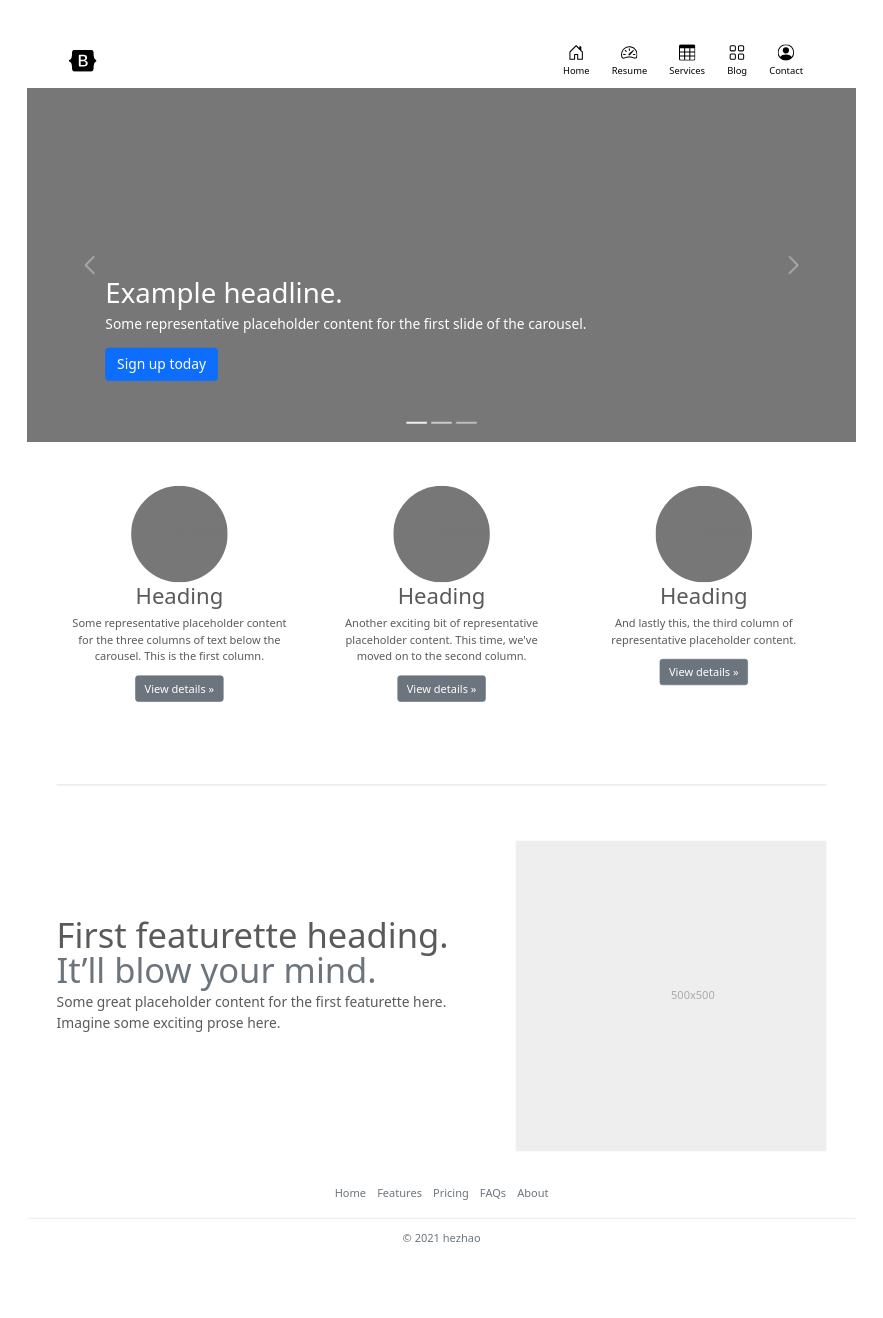
Repository: HeZhao-hugh/personal-web
Page: index.html
An editor plug-in stored every save of this project. The page is shown before and after the next save, followed by the edit.
The browser window is 1280 px wide. The pictures show the whole page, at 69% of full size.

Above is the page before, as saved 2022-01-19 18:19:15.

### index.html
<!DOCTYPE html>
<html lang="en">

<head>
    <meta charset="UTF-8">
    <meta http-equiv="X-UA-Compatible" content="IE=edge">
    <meta name="viewport" content="width=device-width, initial-scale=1.0">
    <link href="https://cdn.jsdelivr.net/npm/bootstrap@5.1.3/dist/css/bootstrap.min.css" rel="stylesheet"
        integrity="sha384-1BmE4kWBq78iYhFldvKuhfTAU6auU8tT94WrHftjDbrCEXSU1oBoqyl2QvZ6jIW3" crossorigin="anonymous">
    <script src="https://cdn.jsdelivr.net/npm/bootstrap@5.1.3/dist/js/bootstrap.bundle.min.js"
        integrity="sha384-ka7Sk0Gln4gmtz2MlQnikT1wXgYsOg+OMhuP+IlRH9sENBO0LRn5q+8nbTov4+1p" crossorigin="anonymous">
    </script>

    <!-- Custom styles for this template -->
    <link href="style.css" rel="stylesheet">
    <title>Document</title>
</head>

<body>
    <svg xmlns="http://www.w3.org/2000/svg" style="display: none;">
        <symbol id="bootstrap" viewBox="0 0 118 94">
            <title>Bootstrap</title>
            <path fill-rule="evenodd" clip-rule="evenodd"
                d="M24.509 0c-6.733 0-11.715 5.893-11.492 12.284.214 6.14-.064 14.092-2.066 20.577C8.943 39.365 5.547 43.485 0 44.014v5.972c5.547.529 8.943 4.649 10.951 11.153 2.002 6.485 2.28 14.437 2.066 20.577C12.794 88.106 17.776 94 24.51 94H93.5c6.733 0 11.714-5.893 11.491-12.284-.214-6.14.064-14.092 2.066-20.577 2.009-6.504 5.396-10.624 10.943-11.153v-5.972c-5.547-.529-8.934-4.649-10.943-11.153-2.002-6.484-2.28-14.437-2.066-20.577C105.214 5.894 100.233 0 93.5 0H24.508zM80 57.863C80 66.663 73.436 72 62.543 72H44a2 2 0 01-2-2V24a2 2 0 012-2h18.437c9.083 0 15.044 4.92 15.044 12.474 0 5.302-4.01 10.049-9.119 10.88v.277C75.317 46.394 80 51.21 80 57.863zM60.521 28.34H49.948v14.934h8.905c6.884 0 10.68-2.772 10.68-7.727 0-4.643-3.264-7.207-9.012-7.207zM49.948 49.2v16.458H60.91c7.167 0 10.964-2.876 10.964-8.281 0-5.406-3.903-8.178-11.425-8.178H49.948z">
            </path>
        </symbol>
        <symbol id="Home" viewBox="0 0 16 16">
            <path
                d="M8.354 1.146a.5.5 0 0 0-.708 0l-6 6A.5.5 0 0 0 1.5 7.5v7a.5.5 0 0 0 .5.5h4.5a.5.5 0 0 0 .5-.5v-4h2v4a.5.5 0 0 0 .5.5H14a.5.5 0 0 0 .5-.5v-7a.5.5 0 0 0-.146-.354L13 5.793V2.5a.5.5 0 0 0-.5-.5h-1a.5.5 0 0 0-.5.5v1.293L8.354 1.146zM2.5 14V7.707l5.5-5.5 5.5 5.5V14H10v-4a.5.5 0 0 0-.5-.5h-3a.5.5 0 0 0-.5.5v4H2.5z" />
        </symbol>
        <symbol id="Resume" viewBox="0 0 16 16">
            <path
                d="M8 4a.5.5 0 0 1 .5.5V6a.5.5 0 0 1-1 0V4.5A.5.5 0 0 1 8 4zM3.732 5.732a.5.5 0 0 1 .707 0l.915.914a.5.5 0 1 1-.708.708l-.914-.915a.5.5 0 0 1 0-.707zM2 10a.5.5 0 0 1 .5-.5h1.586a.5.5 0 0 1 0 1H2.5A.5.5 0 0 1 2 10zm9.5 0a.5.5 0 0 1 .5-.5h1.5a.5.5 0 0 1 0 1H12a.5.5 0 0 1-.5-.5zm.754-4.246a.389.389 0 0 0-.527-.02L7.547 9.31a.91.91 0 1 0 1.302 1.258l3.434-4.297a.389.389 0 0 0-.029-.518z" />
            <path fill-rule="evenodd"
                d="M0 10a8 8 0 1 1 15.547 2.661c-.442 1.253-1.845 1.602-2.932 1.25C11.309 13.488 9.475 13 8 13c-1.474 0-3.31.488-4.615.911-1.087.352-2.49.003-2.932-1.25A7.988 7.988 0 0 1 0 10zm8-7a7 7 0 0 0-6.603 9.329c.203.575.923.876 1.68.63C4.397 12.533 6.358 12 8 12s3.604.532 4.923.96c.757.245 1.477-.056 1.68-.631A7 7 0 0 0 8 3z" />
        </symbol>
        <symbol id="Services" viewBox="0 0 16 16">
            <path
                d="M0 2a2 2 0 0 1 2-2h12a2 2 0 0 1 2 2v12a2 2 0 0 1-2 2H2a2 2 0 0 1-2-2V2zm15 2h-4v3h4V4zm0 4h-4v3h4V8zm0 4h-4v3h3a1 1 0 0 0 1-1v-2zm-5 3v-3H6v3h4zm-5 0v-3H1v2a1 1 0 0 0 1 1h3zm-4-4h4V8H1v3zm0-4h4V4H1v3zm5-3v3h4V4H6zm4 4H6v3h4V8z" />
        </symbol>
        <symbol id="Contact" viewBox="0 0 16 16">
            <path d="M11 6a3 3 0 1 1-6 0 3 3 0 0 1 6 0z" />
            <path fill-rule="evenodd"
                d="M0 8a8 8 0 1 1 16 0A8 8 0 0 1 0 8zm8-7a7 7 0 0 0-5.468 11.37C3.242 11.226 4.805 10 8 10s4.757 1.225 5.468 2.37A7 7 0 0 0 8 1z" />
        </symbol>
        <symbol id="Blog" viewBox="0 0 16 16">
            <path
                d="M1 2.5A1.5 1.5 0 0 1 2.5 1h3A1.5 1.5 0 0 1 7 2.5v3A1.5 1.5 0 0 1 5.5 7h-3A1.5 1.5 0 0 1 1 5.5v-3zM2.5 2a.5.5 0 0 0-.5.5v3a.5.5 0 0 0 .5.5h3a.5.5 0 0 0 .5-.5v-3a.5.5 0 0 0-.5-.5h-3zm6.5.5A1.5 1.5 0 0 1 10.5 1h3A1.5 1.5 0 0 1 15 2.5v3A1.5 1.5 0 0 1 13.5 7h-3A1.5 1.5 0 0 1 9 5.5v-3zm1.5-.5a.5.5 0 0 0-.5.5v3a.5.5 0 0 0 .5.5h3a.5.5 0 0 0 .5-.5v-3a.5.5 0 0 0-.5-.5h-3zM1 10.5A1.5 1.5 0 0 1 2.5 9h3A1.5 1.5 0 0 1 7 10.5v3A1.5 1.5 0 0 1 5.5 15h-3A1.5 1.5 0 0 1 1 13.5v-3zm1.5-.5a.5.5 0 0 0-.5.5v3a.5.5 0 0 0 .5.5h3a.5.5 0 0 0 .5-.5v-3a.5.5 0 0 0-.5-.5h-3zm6.5.5A1.5 1.5 0 0 1 10.5 9h3a1.5 1.5 0 0 1 1.5 1.5v3a1.5 1.5 0 0 1-1.5 1.5h-3A1.5 1.5 0 0 1 9 13.5v-3zm1.5-.5a.5.5 0 0 0-.5.5v3a.5.5 0 0 0 .5.5h3a.5.5 0 0 0 .5-.5v-3a.5.5 0 0 0-.5-.5h-3z" />
        </symbol>
    </svg>

    <main>

        <header>
            <div class="px-5 py-2 bg-white text-black">
                <div class="container">
                    <div class="d-flex flex-wrap align-items-center justify-content-center justify-content-lg-start">
                        <a href="/"
                            class="d-flex align-items-center my-2 my-lg-0 me-lg-auto text-black text-decoration-none">
                            <svg class="bi me-2" width="40" height="32" role="img" aria-label="Bootstrap">
                                <use href="#bootstrap" /></svg>
                        </a>

                        <ul class="nav col-12 col-lg-auto my-2 justify-content-center my-md-0 text-small">
                            <li>
                                <a href="#" class="nav-link text-black">
                                    <svg class="bi d-block mx-auto mb-1" width="24" height="24">
                                        <use href="#Home" /></svg>
                                    Home
                                </a>
                            </li>
                            <li>
                                <a href="#" class="nav-link text-black">
                                    <svg class="bi d-block mx-auto mb-1" width="24" height="24">
                                        <use href="#Resume" /></svg>
                                    Resume
                                </a>
                            </li>
                            <li>
                                <a href="#" class="nav-link text-black">
                                    <svg class="bi d-block mx-auto mb-1" width="24" height="24">
                                        <use href="#Services" /></svg>
                                    Services
                                </a>
                            </li>

                            <li>
                                <a href="#" class="nav-link text-black">
                                    <svg class="bi d-block mx-auto mb-1" width="24" height="24">
                                        <use href="#Blog" /></svg>
                                    Blog
                                </a>
                            </li>
                            <li>
                                <a href="#" class="nav-link text-black">
                                    <svg class="bi d-block mx-auto mb-1" width="24" height="24">
                                        <use href="#Contact" /></svg>
                                    Contact
                                </a>
                            </li>
                        </ul>
                    </div>
                </div>
            </div>
        </header>
        <!-- pages -->
        <div class="pages">
            <!-- Home page -->
            <div id="Home" class="page page--active">


                <div id="myCarousel" class="carousel slide" data-bs-ride="carousel">
                    <div class="carousel-indicators">
                        <button type="button" data-bs-target="#myCarousel" data-bs-slide-to="0" class="active"
                            aria-current="true" aria-label="Slide 1"></button>
                        <button type="button" data-bs-target="#myCarousel" data-bs-slide-to="1"
                            aria-label="Slide 2"></button>
                        <button type="button" data-bs-target="#myCarousel" data-bs-slide-to="2"
                            aria-label="Slide 3"></button>
                    </div>
                    <div class="carousel-inner">
                        <div class="carousel-item active">
                            <svg class="bd-placeholder-img" width="100%" height="100%"
                                xmlns="http://www.w3.org/2000/svg" aria-hidden="true"
                                preserveAspectRatio="xMidYMid slice" focusable="false">
                                <rect width="100%" height="100%" fill="#777" /></svg>

                            <div class="container">
                                <div class="carousel-caption text-start">
                                    <h1>Example headline.</h1>
                                    <p>Some representative placeholder content for the first slide of the carousel.</p>
                                    <p><a class="btn btn-lg btn-primary" href="#">Sign up today</a></p>
                                </div>
                            </div>
                        </div>
                        <div class="carousel-item">
                            <svg class="bd-placeholder-img" width="100%" height="100%"
                                xmlns="http://www.w3.org/2000/svg" aria-hidden="true"
                                preserveAspectRatio="xMidYMid slice" focusable="false">
                                <rect width="100%" height="100%" fill="#777" /></svg>

                            <div class="container">
                                <div class="carousel-caption">
                                    <h1>Another example headline.</h1>
                                    <p>Some representative placeholder content for the second slide of the carousel.</p>
                                    <p><a class="btn btn-lg btn-primary" href="#">Learn more</a></p>
                                </div>
                            </div>
                        </div>
                        <div class="carousel-item">
                            <svg class="bd-placeholder-img" width="100%" height="100%"
                                xmlns="http://www.w3.org/2000/svg" aria-hidden="true"
                                preserveAspectRatio="xMidYMid slice" focusable="false">
                                <rect width="100%" height="100%" fill="#777" /></svg>

                            <div class="container">
                                <div class="carousel-caption text-end">
                                    <h1>One more for good measure.</h1>
                                    <p>Some representative placeholder content for the third slide of this carousel.</p>
                                    <p><a class="btn btn-lg btn-primary" href="#">Browse gallery</a></p>
                                </div>
                            </div>
                        </div>
                    </div>
                    <button class="carousel-control-prev" type="button" data-bs-target="#myCarousel"
                        data-bs-slide="prev">
                        <span class="carousel-control-prev-icon" aria-hidden="true"></span>
                        <span class="visually-hidden">Previous</span>
                    </button>
                    <button class="carousel-control-next" type="button" data-bs-target="#myCarousel"
                        data-bs-slide="next">
                        <span class="carousel-control-next-icon" aria-hidden="true"></span>
                        <span class="visually-hidden">Next</span>
                    </button>
                </div> <!-- myCarousel -->

                <div class="container marketing">

                    <!-- Three columns of text below the carousel -->
                    <div class="row">
                        <div class="col-lg-4">
                            <svg class="bd-placeholder-img rounded-circle" width="140" height="140"
                                xmlns="http://www.w3.org/2000/svg" role="img" aria-label="Placeholder: 140x140"
                                preserveAspectRatio="xMidYMid slice" focusable="false">
                                <title>Placeholder</title>
                                <rect width="100%" height="100%" fill="#777" /><text x="50%" y="50%" fill="#777"
                                    dy=".3em">140x140</text>
                            </svg>

                            <h2>Heading</h2>
                            <p>Some representative placeholder content for the three columns of text below the carousel.
                                This is the first column.</p>
                            <p><a class="btn btn-secondary" href="#">View details &raquo;</a></p>
                        </div><!-- /.col-lg-4 -->
                        <div class="col-lg-4">
                            <svg class="bd-placeholder-img rounded-circle" width="140" height="140"
                                xmlns="http://www.w3.org/2000/svg" role="img" aria-label="Placeholder: 140x140"
                                preserveAspectRatio="xMidYMid slice" focusable="false">
                                <title>Placeholder</title>
                                <rect width="100%" height="100%" fill="#777" /><text x="50%" y="50%" fill="#777"
                                    dy=".3em">140x140</text>
                            </svg>

                            <h2>Heading</h2>
                            <p>Another exciting bit of representative placeholder content. This time, we've moved on to
                                the
                                second column.</p>
                            <p><a class="btn btn-secondary" href="#">View details &raquo;</a></p>
                        </div><!-- /.col-lg-4 -->
                        <div class="col-lg-4">
                            <svg class="bd-placeholder-img rounded-circle" width="140" height="140"
                                xmlns="http://www.w3.org/2000/svg" role="img" aria-label="Placeholder: 140x140"
                                preserveAspectRatio="xMidYMid slice" focusable="false">
                                <title>Placeholder</title>
                                <rect width="100%" height="100%" fill="#777" /><text x="50%" y="50%" fill="#777"
                                    dy=".3em">140x140</text>
                            </svg>

                            <h2>Heading</h2>
                            <p>And lastly this, the third column of representative placeholder content.</p>
                            <p><a class="btn btn-secondary" href="#">View details &raquo;</a></p>
                        </div><!-- /.col-lg-4 -->
                    </div><!-- /.row -->


                    <!-- START THE FEATURETTES -->

                    <hr class="featurette-divider">

                    <div class="row featurette">
                        <div class="col-md-7">
                            <h2 class="featurette-heading">First featurette heading. <span class="text-muted">It’ll blow
                                    your mind.</span></h2>
                            <p class="lead">Some great placeholder content for the first featurette here. Imagine some
                                exciting prose here.</p>
                        </div>
                        <div class="col-md-5">
                            <svg class="bd-placeholder-img bd-placeholder-img-lg featurette-image img-fluid mx-auto"
                                width="500" height="500" xmlns="http://www.w3.org/2000/svg" role="img"
                                aria-label="Placeholder: 500x500" preserveAspectRatio="xMidYMid slice"
                                focusable="false">
                                <title>Placeholder</title>
                                <rect width="100%" height="100%" fill="#eee" /><text x="50%" y="50%" fill="#aaa"
                                    dy=".3em">500x500</text>
                            </svg>

                        </div>
                    </div>



                    <!-- /END THE FEATURETTES -->

                </div>
            </div>
        </div>


        <footer class="py-3 my-4">
            <ul class="nav justify-content-center border-bottom pb-3 mb-3">
                <li class="nav-item"><a href="#" class="nav-link px-2 text-muted">Home</a></li>
                <li class="nav-item"><a href="#" class="nav-link px-2 text-muted">Features</a></li>
                <li class="nav-item"><a href="#" class="nav-link px-2 text-muted">Pricing</a></li>
                <li class="nav-item"><a href="#" class="nav-link px-2 text-muted">FAQs</a></li>
                <li class="nav-item"><a href="#" class="nav-link px-2 text-muted">About</a></li>
            </ul>
            <p class="text-center text-muted">&copy; 2021 hezhao</p>
        </footer>

    </main>
</body>

</html>

### style.css
  body{
    max-width: 1200px;
    margin: auto;
  }
  .form-control-dark {
    color: #fff;
    background-color: var(--bs-dark);
    border-color: var(--bs-gray);
  }
  .form-control-dark:focus {
    color: #fff;
    background-color: var(--bs-dark);
    border-color: #fff;
    box-shadow: 0 0 0 .25rem rgba(255, 255, 255, .25);
  }

  .bi {
    vertical-align: -.125em;
    fill: currentColor;
  }

  .text-small {
    font-size: 85%;
  }

  .dropdown-toggle {
    outline: 0;
  }

  /* .pages {
    padding: 15px 0;
    position: relative;
    flex: 1;
  }

  .page {
    display: none;
    position: absolute;
    top: 0;
    left: 0;
    right: 0;
    visibility: hidden;
    opacity: 0;
    border-radius: 16px;
    background: white;
    transition: visibility 0.3s, opacity 0.3s ease-in-out;
    box-shadow: 0px 15px 25px 0px rgba(0,0,0,0.1);
  }
  .page--active {
    display: block;
    position: relative;
    visibility: visible;
    opacity: 1;
  }
  .page_header {
    padding: 32px 64px;
    background-color: #377e9a;
    color: white;
    border-top-left-radius: 16px;
    border-top-right-radius: 16px;
  }
  .page_content {
    padding: 32px 64px;
    background-color: white;
    border-bottom-left-radius: 16px;
    border-bottom-right-radius: 16px;
  }
   */

   /* GLOBAL STYLES
-------------------------------------------------- */
/* Padding below the footer and lighter body text */

body {
  padding-top: 3rem;
  padding-bottom: 3rem;
  color: #5a5a5a;
}


/* CUSTOMIZE THE CAROUSEL
-------------------------------------------------- */

/* Carousel base class */
.carousel {
  margin-bottom: 4rem;
}
/* Since positioning the image, we need to help out the caption */
.carousel-caption {
  bottom: 3rem;
  z-index: 10;
}

/* Declare heights because of positioning of img element */
.carousel-item {
  height: 32rem;
}
.carousel-item > img {
  position: absolute;
  top: 0;
  right: 0;
  min-width: 100%;
  height: 32rem;
}


/* MARKETING CONTENT
-------------------------------------------------- */

/* Center align the text within the three columns below the carousel */
.marketing .col-lg-4 {
  margin-bottom: 1.5rem;
  text-align: center;
}
.marketing h2 {
  font-weight: 400;
}
.marketing .col-lg-4 p {
  margin-right: .75rem;
  margin-left: .75rem;
}


/* Featurettes
------------------------- */

.featurette-divider {
  margin: 5rem 0; /* Space out the Bootstrap <hr> more */
}

/* Thin out the marketing headings */
.featurette-heading {
  font-weight: 300;
  line-height: 1;
}


/* RESPONSIVE CSS
-------------------------------------------------- */

@media (min-width: 40em) {
  /* Bump up size of carousel content */
  .carousel-caption p {
    margin-bottom: 1.25rem;
    font-size: 1.25rem;
    line-height: 1.4;
  }

  .featurette-heading {
    font-size: 50px;
  }
}

@media (min-width: 62em) {
  .featurette-heading {
    margin-top: 7rem;
  }
}

After the next save:
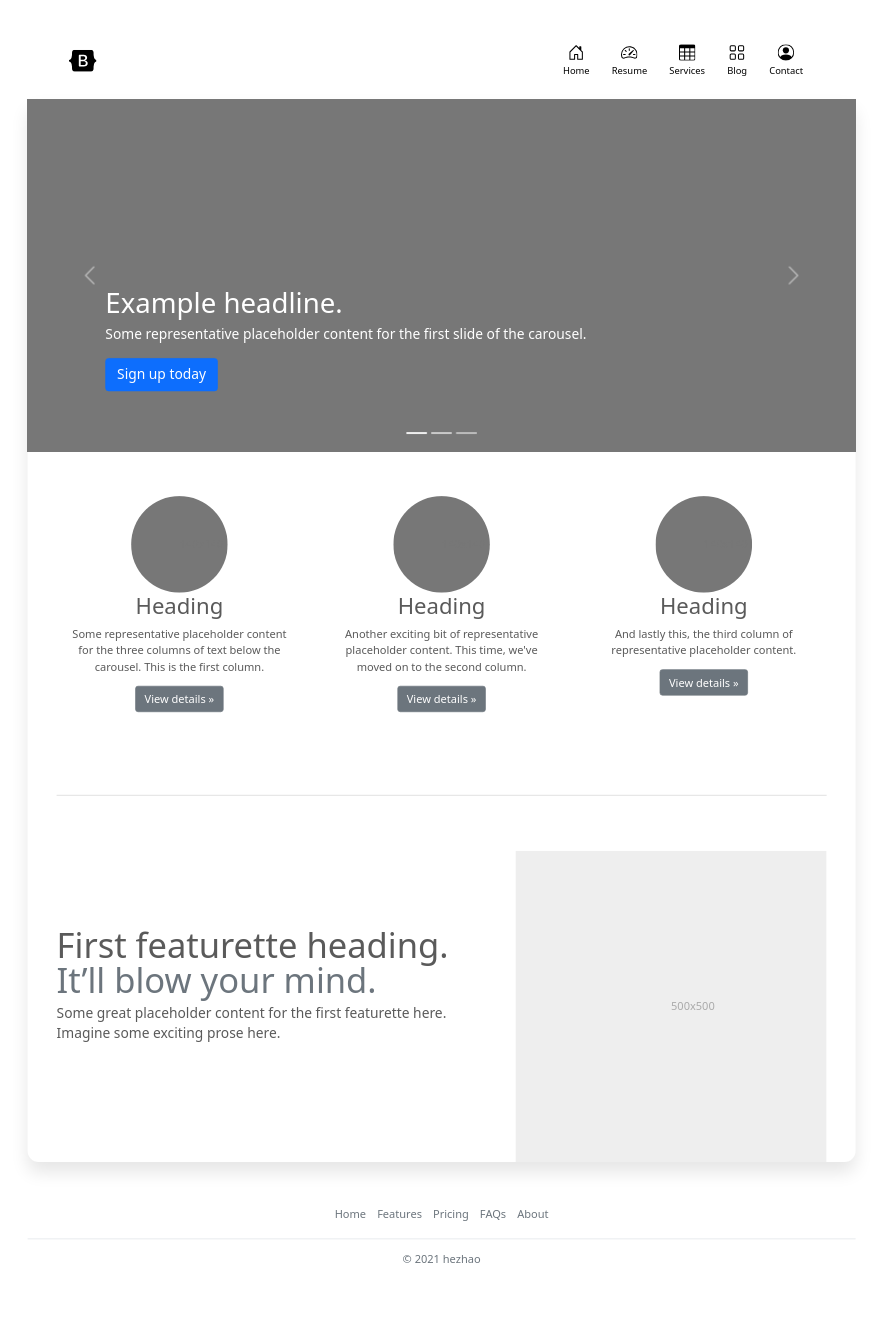
Saved 43 s later.
--- a/style.css
+++ b/style.css
@@ -27,7 +27,7 @@
     outline: 0;
   }
 
-  /* .pages {
+  .pages {
     padding: 15px 0;
     position: relative;
     flex: 1;
@@ -65,7 +65,7 @@
     border-bottom-left-radius: 16px;
     border-bottom-right-radius: 16px;
   }
-   */
+
 
    /* GLOBAL STYLES
 -------------------------------------------------- */
